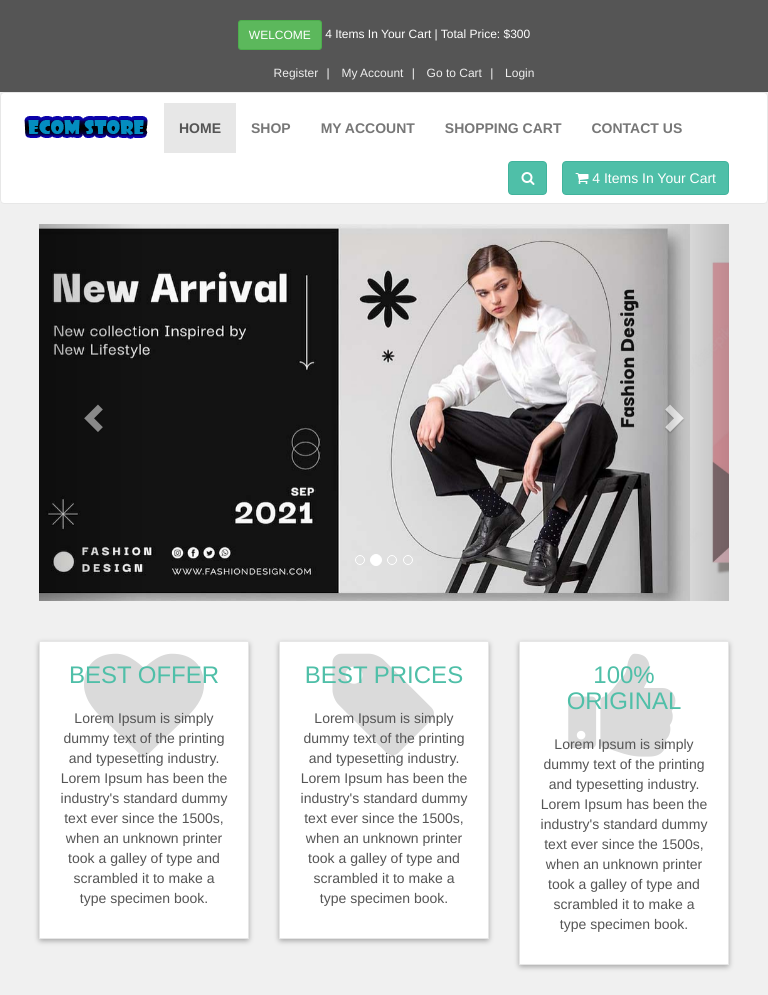
Repository: truonghuynhquy/M_Dev_Store
Page: http://localhost/
The author's editor kept a copy of each file at every save. The page is drawn from the files as they stood at one save, then again after the next save.
The browser window is 768 px wide. The pictures show the whole page.
The page is run by PHP 8.4 with error messages shown; the project is at /var/www/html/.

Above is the page before, as saved 2022-09-22 12:53:37.

### index.php
<!DOCTYPE html>
<html lang="en">

<head>
    <meta charset="UTF-8">
    <meta http-equiv="X-UA-Compatible" content="IE=edge">
    <meta name="viewport" content="width=device-width, initial-scale=1.0">
    <title>M-Dev Shop</title>
    <link rel="stylesheet" href="styles/bootstrap-337.min.css">
    <link rel="stylesheet" href="styles/style.css">
    <link rel="stylesheet" href="font-awsome/css/font-awesome.min.css">
</head>

<body>
    <div id="top">
        <!--  Top:     Begin  -->

        <div class="container">
            <!--  Container:     Begin  -->
            <div class="col-md-6 offer">
                <!--  col-md-6 offer:     Begin  -->
                <a href="#" class="btn btn-success btn-sm">Welcome</a>
                <a href="checkout.php">4 Items In Your Cart | Total Price: $300</a>
            </div><!--  col-md-6:     Finish  -->

            <div class="col md-6">
                <!--  col-md-6:     Begin  -->

                <ul class="menu">
                    <!--  menu:     Begin  -->
                    <li>
                        <a href="customer_register.php">Register</a>
                    </li>
                    <li>
                        <a href="checkout.php">My Account</a>
                    </li>
                    <li>
                        <a href="cart.php">Go to Cart</a>
                    </li>
                    <li>
                        <a href="checkout.php">Login</a>
                    </li>

                </ul><!--  menu:     Finish  -->

            </div><!--  col-md-6:     Finish  -->

        </div><!--  Container:     Finish  -->

    </div><!--  Top:    Finish  -->

    <div id="navbar" class="navbar navbar-default">
        <!--  navbar navbar-default:    Begin  -->

        <div class="container">
            <!--  container:    Begin  -->

            <div class="nav-header">
                <!--  nav-header:    Begin  -->

                <a href="index.php" class="navbar-brand home">
                    <!-- navbar-brand home Begin -->

                    <img src="images/ecom-store-logo.png" alt="M-dev-Store Logo" class="hidden-xs">
                    <img src="images/ecom-store-logo-mobile.png" alt="M-dev-Store Logo Mobile" class="visible-xs">

                </a><!-- navbar-brand home Finish -->

                <button class="navbar-toggle" data-toggle="collapse" data-target="#navigation">

                    <span class="sr-only">Toggle navigation</span>

                    <i class="fa fa-align-justify"></i>

                </button>

                <button class="navbar-toggle" data-toggle="collapse" data-target="#search">

                    <span class="sr-only">Toggle Search</span>

                    <i class="fa fa-search"></i>

                </button>

            </div><!--  nav-header:    Finish  -->

            <div class="collapse navbar-collapse" id="navigation">
                <!-- navbar-collapse collapse Begin -->

                <div class="padding-nav">
                    <!-- padding-nav Begin -->

                    <ul class="nav navbar-nav left">
                        <!-- nav navbar-nav left Begin -->

                        <li class="active">
                            <a href="index.php">Home</a>
                        </li>
                        <li>
                            <a href="shop.php">Shop</a>
                        </li>
                        <li>
                            <a href="checkout.php">My Account</a>
                        </li>
                        <li>
                            <a href="cart.php">Shopping Cart</a>
                        </li>
                        <li>
                            <a href="contact.php">Contact Us</a>
                        </li>

                    </ul><!-- nav navbar-nav left Finish -->

                </div><!-- padding-nav Finish -->

                <a href="cart.php" class="btn navbar-btn btn-primary right">

                    <!-- btn navbar-btn btn-primary Begin -->

                    <i class="fa fa-shopping-cart"></i>

                    <span>4 Items In Your Cart</span>

                </a><!-- btn navbar-btn btn-primary Finish -->

                <div class="navbar-collapse collapse right">
                    <!-- navbar-collapse collapse right Begin -->

                    <button class="btn btn-primary navbar-btn" type="button" data-toggle="collapse" data-target="#search">
                        <!-- btn btn-primary navbar-btn Begin -->

                        <span class="sr-only">Toggle Search</span>

                        <i class="fa fa-search"></i>

                </div><!-- navbar-collapse collapse right Finish -->

                <div class="collapse clearfix" id="search">
                    <!-- collapse clearfix Begin -->

                    <form method="get" action="results.php" class="navbar-form">
                        <!-- navbar-form Begin -->

                        <div class="input-group">
                            <!-- input-group Begin -->

                            <input type="text" class="form-control" placeholder="Search" name="user_query" required>

                            <span class="input-group-btn">
                                <!-- input-group-btn Begin -->

                                <button type="submit" name="search" value="Search" class="btn btn-primary">
                                    <!-- btn btn-primary Begin -->

                                    <i class="fa fa-search"></i>

                                </button><!-- btn btn-primary Finish -->

                            </span><!-- input-group-btn Finish -->

                        </div><!-- input-group Finish -->

                    </form><!-- navbar-form Finish -->

                </div><!-- collapse clearfix Finish -->

            </div><!-- navbar-collapse collapse Finish -->

        </div><!--  container:    Finish  -->

    </div><!--  navbar navbar-default:    Finish  -->

    <div class="container" id="slider">
        <!-- container Begin -->

        <div class="col-md-12">
            <!-- col-md-12 Begin -->

            <div class="carousel slide" id="myCarousel" data-ride="carousel">
                <!-- carousel slide Begin -->

                <ol class="carousel-indicators">
                    <!-- carousel-indicators Begin -->

                    <li class="active" data-target="#myCarousel" data-slide-to="0"></li>
                    <li data-target="#myCarousel" data-slide-to="1"></li>
                    <li data-target="#myCarousel" data-slide-to="2"></li>
                    <li data-target="#myCarousel" data-slide-to="3"></li>

                </ol><!-- carousel-indicators Finish -->

                <div class="carousel-inner">
                    <!-- carousel-inner Begin -->

                    <div class="item active">

                        <img src="admin_area/slides_images/slider-1.jpg" alt="Slider Image 1">

                    </div>

                    <div class="item">

                        <img src="admin_area/slides_images/slider-2.jpg" alt="Slider Image 2">

                    </div>

                    <div class="item">

                        <img src="admin_area/slides_images/slider-3.jpg" alt="Slider Image 3">

                    </div>

                    <div class="item">

                        <img src="admin_area/slides_images/slider-4.jpg" alt="Slider Image 4">

                    </div>

                </div><!-- carousel-inner Finish -->

                <a href="#myCarousel" class="left carousel-control" data-slide="prev">
                    <!-- left carousel-control Begin -->

                    <span class="glyphicon glyphicon-chevron-left"></span>
                    <span class="sr-only">Previous</span>

                </a><!-- left carousel-control Finish -->

                <a href="#myCarousel" class="right carousel-control" data-slide="next">
                    <!-- left carousel-control Begin -->

                    <span class="glyphicon glyphicon-chevron-right"></span>
                    <span class="sr-only">Next</span>

                </a><!-- left carousel-control Finish -->

            </div><!-- carousel slide  Finish -->

        </div><!-- col-md-12 Finish -->

    </div><!-- container Finish -->

    <div id="advantages">
        <!-- #advantages Begin -->

        <div class="container">
            <!-- container Begin -->

            <div class="same-height-row">
                <!-- same-height-row Begin -->

                <div class="col-sm-4">
                    <!-- col-sm-4 Begin -->

                    <div class="box same-height">
                        <!-- box same-height Begin -->

                        <div class="icon">
                            <!-- icon Begin -->

                            <i class="fa fa-heart"></i>

                        </div><!-- icon Finish -->

                        <h3><a href="#">Best Offer</a></h3>

                        <p>Lorem Ipsum is simply dummy text of the printing and typesetting industry. Lorem Ipsum has been the industry's standard dummy text ever since the 1500s, when an unknown printer took a galley of type and scrambled it to make a type specimen book. </p>

                    </div><!-- box same-height Finish -->

                </div><!-- col-sm-4 Finish -->

                <div class="col-sm-4">
                    <!-- col-sm-4 Begin -->

                    <div class="box same-height">
                        <!-- box same-height Begin -->

                        <div class="icon">
                            <!-- icon Begin -->

                            <i class="fa fa-tag"></i>

                        </div><!-- icon Finish -->

                        <h3><a href="#">Best Prices</a></h3>

                        <p>Lorem Ipsum is simply dummy text of the printing and typesetting industry. Lorem Ipsum has been the industry's standard dummy text ever since the 1500s, when an unknown printer took a galley of type and scrambled it to make a type specimen book.</p>

                    </div><!-- box same-height Finish -->

                </div><!-- col-sm-4 Finish -->

                <div class="col-sm-4">
                    <!-- col-sm-4 Begin -->

                    <div class="box same-height">
                        <!-- box same-height Begin -->

                        <div class="icon">
                            <!-- icon Begin -->

                            <i class="fa fa-thumbs-up"></i>

                        </div><!-- icon Finish -->

                        <h3><a href="#">100% Original</a></h3>

                        <p>Lorem Ipsum is simply dummy text of the printing and typesetting industry. Lorem Ipsum has been the industry's standard dummy text ever since the 1500s, when an unknown printer took a galley of type and scrambled it to make a type specimen book.</p>

                    </div><!-- box same-height Finish -->

                </div><!-- col-sm-4 Finish -->

            </div><!-- same-height-row Finish -->

        </div><!-- container Finish -->

    </div><!-- #advantages Finish -->


    <script src="js/jquery-331.min.js"></script>
    <script src="js/bootstrap-337.min.js"></script>


</body>

</html>

### styles/style.css
/* Generated Styles */

body {
    font-size: 14px;
    line-height: 1.428571429;
    color: #333333;
    background-color: #f0f0f0;
    overflow: hidden;
}

/* Top Styles */

#top {
    background-color: #555555;
    padding: 10px 0;
}
#top .offer {
    color: #ffffff;
}
#top .offer .btn {
    text-transform: uppercase;
}
@media (max-width: 991px) {
    #top .offer {
        padding: 10px;
    }
}
@media (max-width: 991px) {
    #top {
        font-size: 12px;
        text-align: center;
    }
}
#top a {
    color: #ffffff;
}
#top ul.menu {
    padding-top: 5px;
    margin: 0px;
    text-align: right;
    font-size: 12px;
    list-style: none;
}
@media (max-width: 991px) {
    #top ul.menu {
        text-align: center;
    }
}
#top ul.menu > li {
    display: inline-block;
}
#top ul.menu > li a {
    color: #eeeeee;
}
#top ul.menu > li + li::before {
    content: "|\00a0";
    color: #f7f7f7;
    padding: 0 5px;
}

/* Header Styles */

.navbar{
    background: #ffffff;
}
.navbar-collapse .right{
    float: right;
}
.navbar-brand{
    float: left;
    padding: 10px 15px;
    font-size: 18px;
    line-height: 20px;
    height: 70px;
}
.navbar-brand:hover,
.navbar-brand:focus{
    text-decoration: none;
}
.navbar ul.nav > li > a{
    text-transform: uppercase;
    font-weight: bold;
    font-size: 14px;
}
.navbar ul.nav > li > a:hover{
    background: #e7e7e7;
}
.padding-nav{
    padding-top: 10px;
}
.btn-primary{
    color: rgb(255, 255, 255);
    background: rgb(79, 191, 168);
    border-color: rgb(65, 179, 156);
}
#search .navbar-form{
    float: right;
}
#search{
    clear: both;
    border-top: solid 1px #9adacd;
    text-align: right;
}
#search .navbar-form .input-group{
    display: table;
}
#search .navbar-form .input-group .form-control{
    width: 100%;
}
#slider{
    margin-bottom: 40px;
}

/* advantages Styles */

#advantages{
    text-align: center;
}
#advantages .box{
    background: #ffffff;
    margin: 0 0 30px;
    border: solid 1px #e6e6e6;
    box-sizing: border-box;
    padding: 20px;
    box-shadow: 0px 2px 5px rgba(0, 0, 0, .3);
}
#advantages .box .icon{
    position: absolute;
    font-size: 120px;
    width: 100%;
    text-align: center;
    top: -20px;
    left: 0px;
    height: 100%;
    float: left;
    color: #dadada;
    box-sizing: border-box;
    z-index: 1;
}
#advantages .box h3{
    position: relative;
    margin: 0 0 20px;
    font-weight: 300;
    text-transform: uppercase;
    z-index: 2;
}
#advantages .box h3 a{
    color: #4fbfa8;
}
#advantages .box h3 a:hover{
    text-decoration: none;
}
#advantages .box p{
    position: relative;
    z-index: 2;
    color: #555555;
}

Loaded but not shown: styles/bootstrap-337.min.css (library); font-awsome/css/font-awesome.min.css (library); js/jquery-331.min.js (library); js/bootstrap-337.min.js (library)

After the next save:
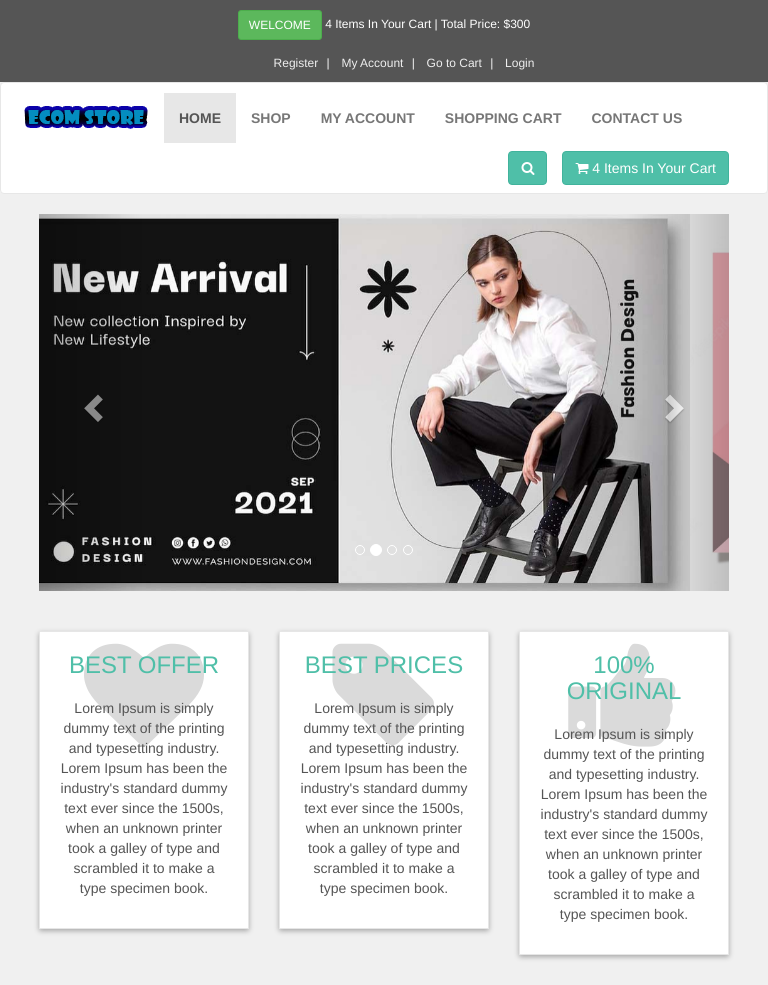
Saved 46 s later.
--- a/styles/style.css
+++ b/styles/style.css
@@ -10,53 +10,64 @@ body {
 
 /* Top Styles */
 
-#top {
-    background-color: #555555;
+body{
+    font-size: 14px;
+    line-height: 1.42857143;
+    color: #333333;
+    background: #f0f0f0;
+    overflow-x: hidden;
+}
+
+/* Top Styles */
+
+#top{
+    background: #555555;
     padding: 10px 0;
 }
-#top .offer {
+#top .offer{
     color: #ffffff;
 }
-#top .offer .btn {
+#top .offer .btn{
     text-transform: uppercase;
 }
-@media (max-width: 991px) {
-    #top .offer {
-        padding: 10px;
+@media(max-width: 991px){
+    #top .offer{
+        margin-bottom: 10px;
     }
 }
-@media (max-width: 991px) {
-    #top {
+@media(max-width: 991px){
+    #top{
         font-size: 12px;
         text-align: center;
     }
 }
-#top a {
+#top a{
     color: #ffffff;
 }
-#top ul.menu {
+#top ul.menu{
     padding-top: 5px;
     margin: 0px;
     text-align: right;
     font-size: 12px;
     list-style: none;
 }
-@media (max-width: 991px) {
-    #top ul.menu {
+@media(max-width: 991px){
+    #top ul.menu{
         text-align: center;
     }
 }
-#top ul.menu > li {
+#top ul.menu > li{
     display: inline-block;
 }
-#top ul.menu > li a {
+#top ul.menu > li a{
     color: #eeeeee;
 }
-#top ul.menu > li + li::before {
+#top ul.menu > li + li:before{
     content: "|\00a0";
     color: #f7f7f7;
     padding: 0 5px;
 }
+
 
 /* Header Styles */
 
